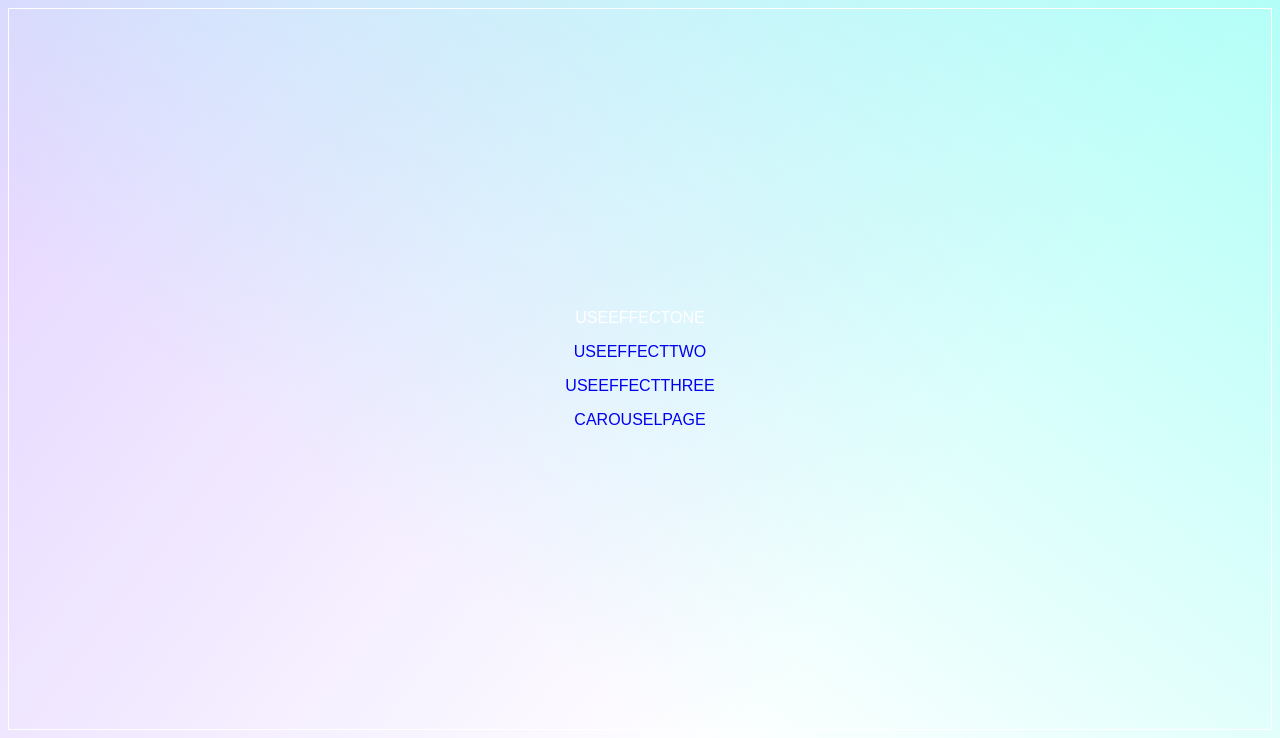
Repository: juliet-jskim/week-8-useEffect-carousel
Page: /
The author's editor kept a copy of each file at every save. The page is drawn from the files as they stood at one save, then again after the next save.
The browser window is 1280 px wide. The pictures show the whole page.
The project was rebuilt for these pictures with package versions that can differ from the ones it lists, and the page was loaded fresh each time. The framework's server and built-in components were replaced by stand-ins that run in the browser. Also part of the build but not shown: next.config.js.

Above is the page before, as saved 2023-02-20 22:16:56.

After the next save:
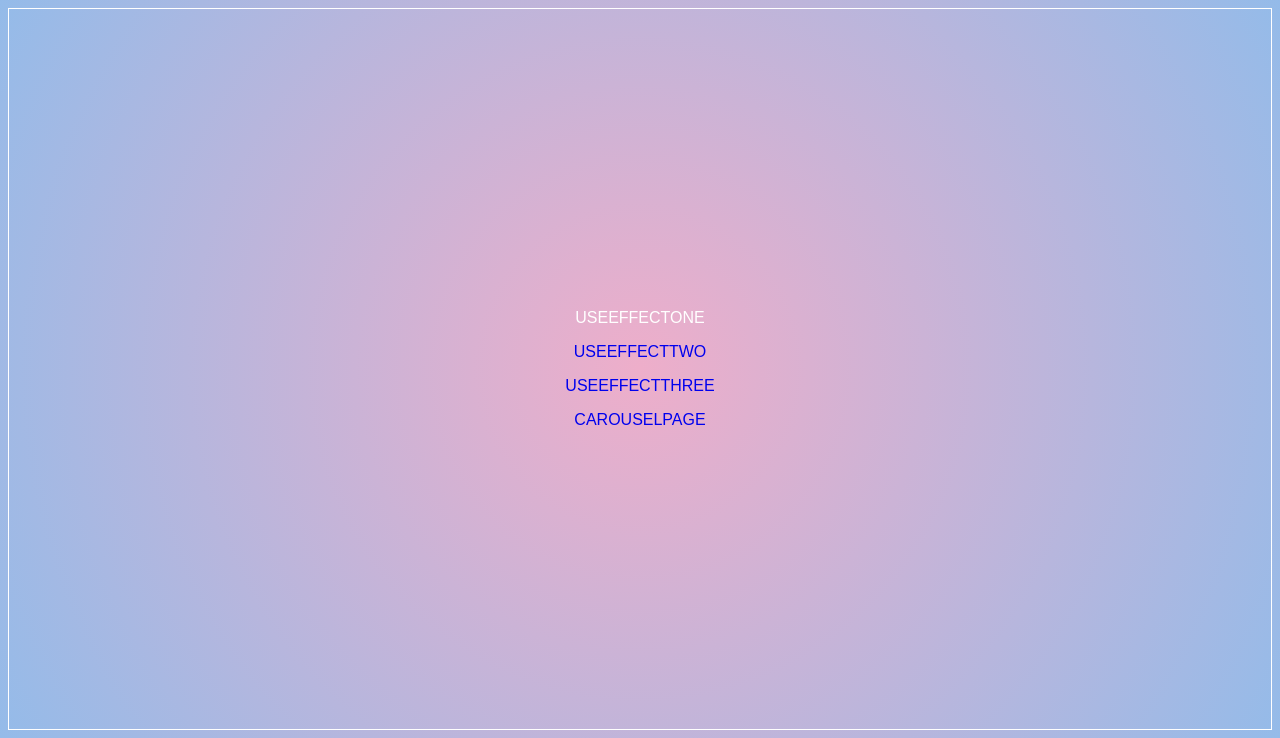
Saved 50 s later.
--- a/styles/globals.css
+++ b/styles/globals.css
@@ -1,8 +1,6 @@
 :root {
   /** add colors you want to add to all the pages here**/
-  background: linear-gradient(217deg, rgba(156, 255, 245, 0.767), rgba(0, 42, 255, 0) 70.71%),
-  linear-gradient(127deg, rgba(221, 201, 255, 0.8), rgba(0,255,0,0) 70.71%),
-  linear-gradient(336deg, rgba(255, 255, 255, 0.8), rgba(0,0,255,0) 70.71%);
-
+  background: rgb(238,174,202);
+  background: radial-gradient(circle, rgba(238,174,202,1) 0%, rgba(148,187,233,1) 100%);
 
 }
